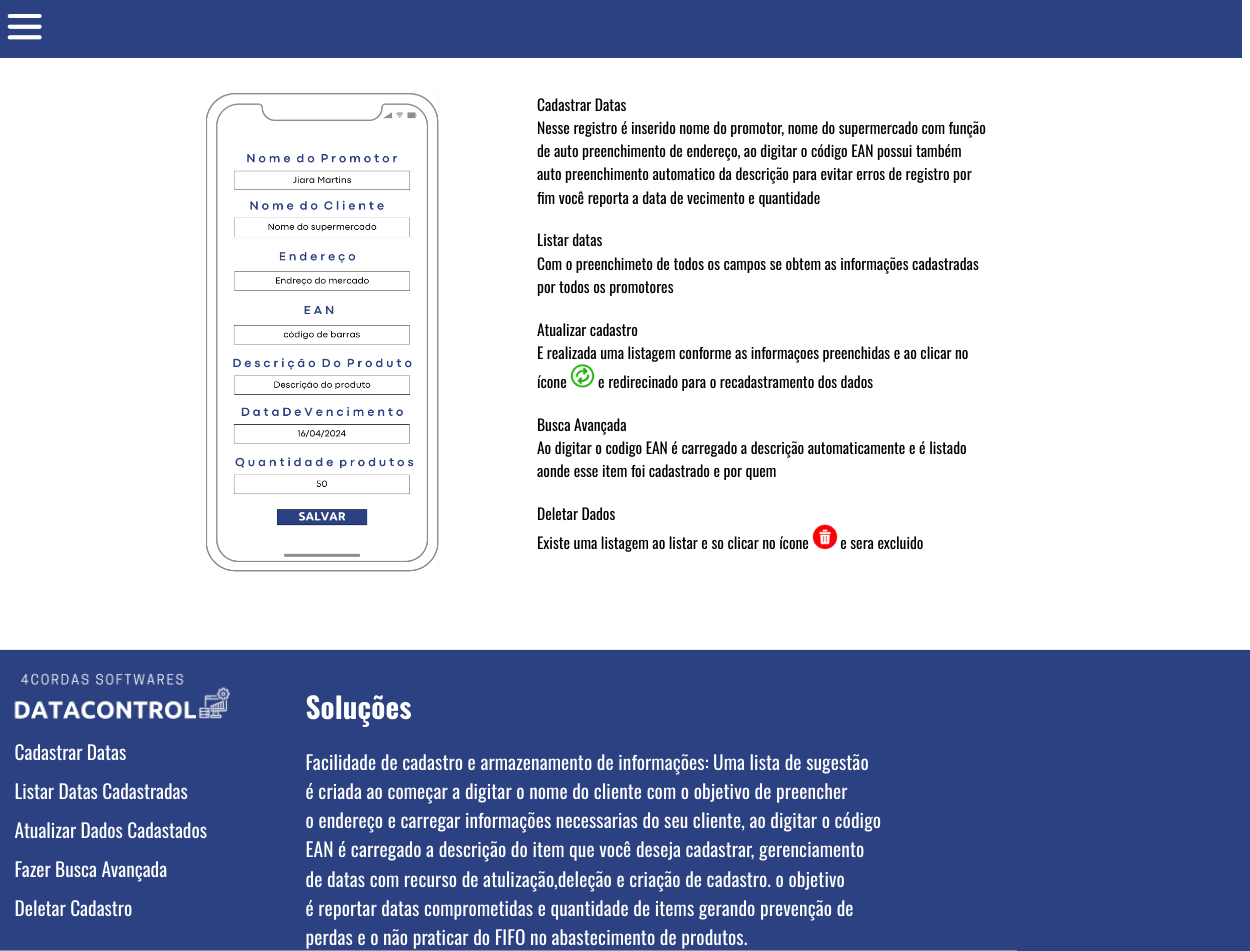
Repository: alfredo-allan/ControleDeDatasFrontEnd
Page: index.html
An editor plug-in stored every save of this project. The page is shown before and after a run of saves, followed by the edit.
The browser window is 1280 px wide. The page is 1289 px wide, so the pictures cover 1289 px, including what lies to the right of the window. The pictures show the whole page, at 97% of full size.

Above is the page before, as saved 2024-04-30 14:44:11.
Console error: TypeError: Cannot read properties of null (reading 'addEventListener')

After the next 3 saves:
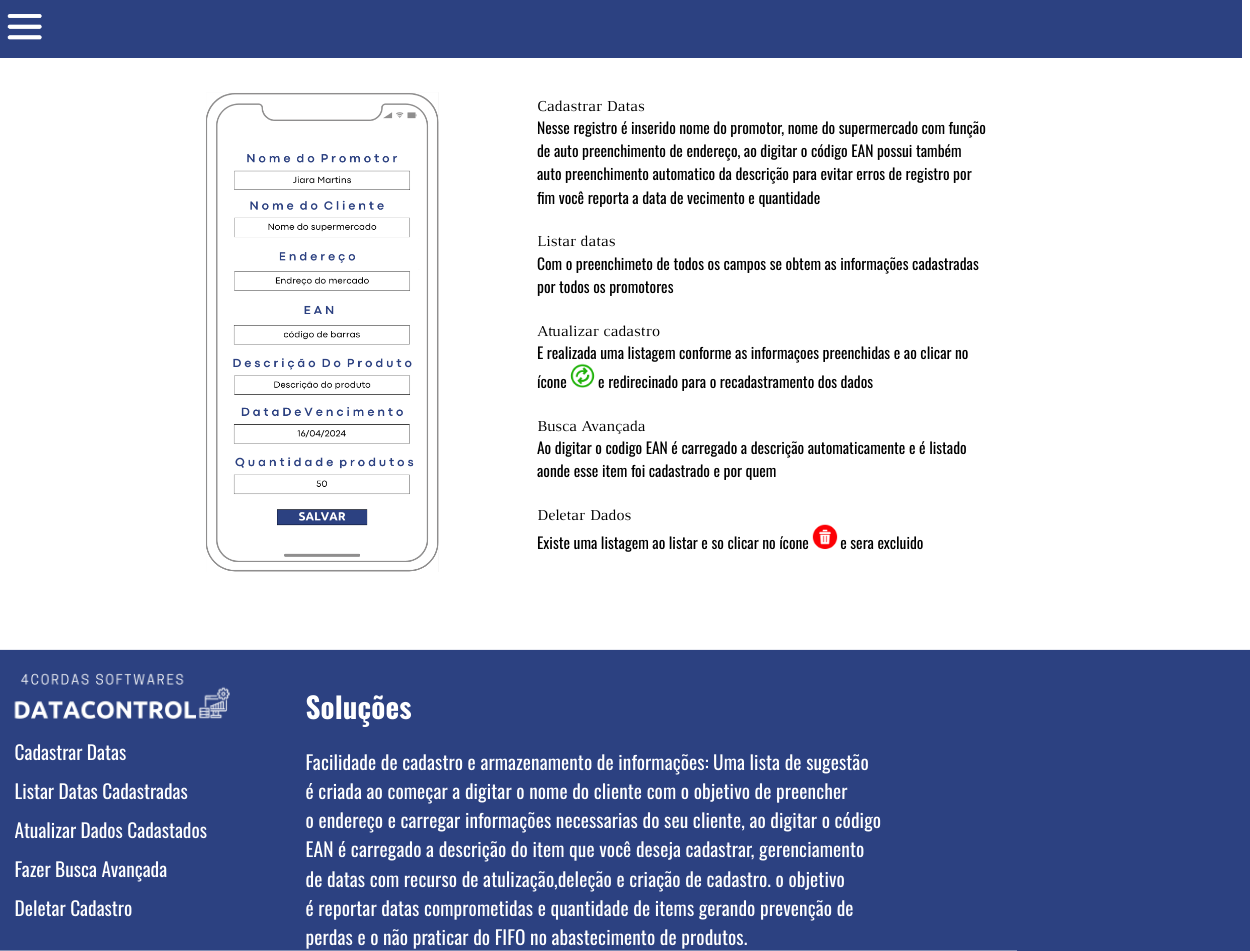
The 3 saves are shown as one change because they came seconds apart.
The last was saved 7 s later.
--- a/style/style.css
+++ b/style/style.css
@@ -454,7 +454,7 @@ button:focus {
   }
   span {
     margin-bottom: 10;
-    font
+    font-family: var(--luthier-font);
   }
 
   img {
